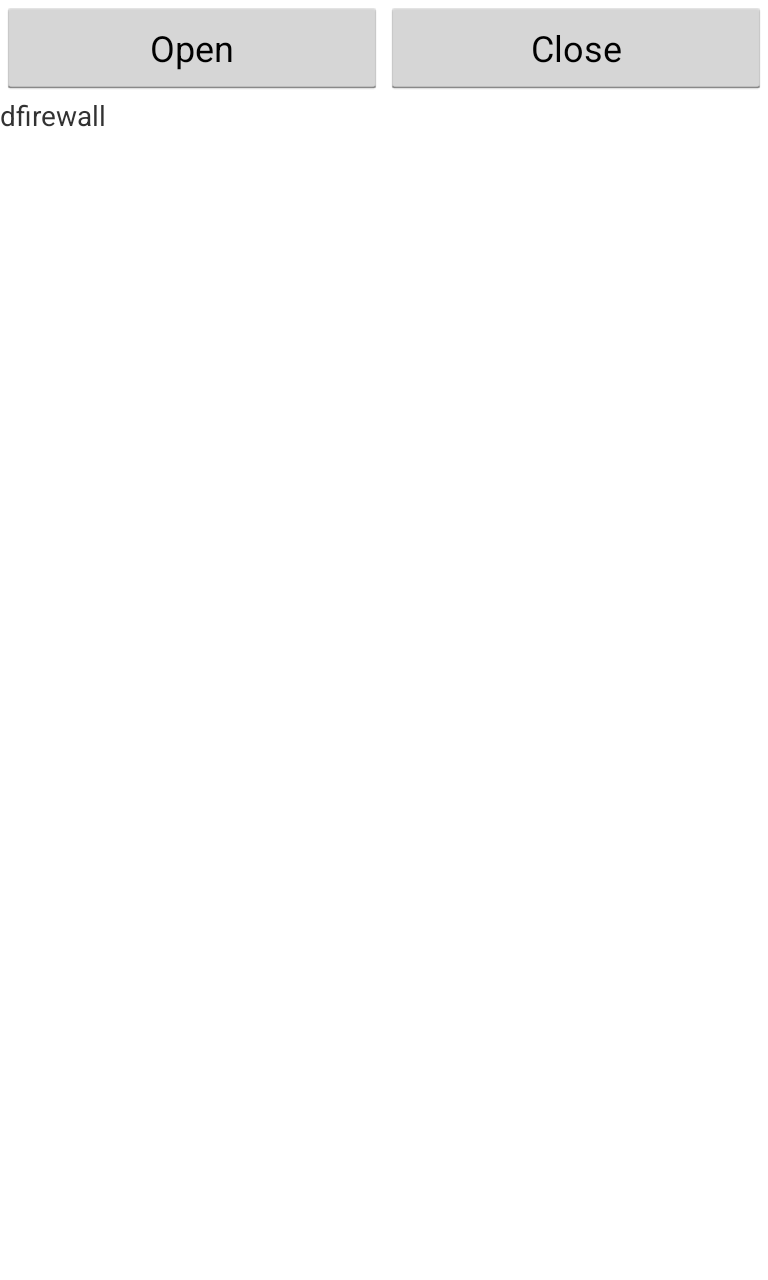
Repository: dthas/d_firewall_c
Layout: src/main/android/eclipse_project/dfirewall/res/layout/activity_main.xml
The author's editor kept a copy of each file at every save. The layout is drawn from the files as they stood at one save, then again after the next save.
It is drawn on a 768 x 1280 px phone screen (xhdpi) without system bars, with theme AppTheme; the app's code is not run.

Above is the layout before, as saved 2017-02-05 04:03:07.

### src/main/android/eclipse_project/dfirewall/res/layout/activity_main.xml
<LinearLayout xmlns:android="http://schemas.android.com/apk/res/android"
android:layout_width="fill_parent"
android:layout_height="wrap_content"
android:orientation="vertical" >

    <LinearLayout
       	android:layout_width="fill_parent"
		android:layout_height="wrap_content"
		android:orientation="horizontal" >

			<Button
			android:id="@+id/button_1"
			android:layout_width="fill_parent"
			android:layout_height="wrap_content"
			android:layout_weight="1"
			android:text="Open" />

			<Button
			android:id="@+id/button_2"
			android:layout_width="fill_parent"
			android:layout_height="wrap_content"
			android:layout_weight="1"
			android:text="Close" />

	</LinearLayout>

    <LinearLayout
        android:layout_width="fill_parent"
		android:layout_height="wrap_content"
		android:orientation="vertical" >

	        <TextView
				android:id="@+id/text_view_1"
				android:layout_width="match_parent"
				android:layout_height="wrap_content"
				android:text="dfirewall" />
	</LinearLayout>

</LinearLayout>

Loaded but not shown: src/main/android/eclipse_project/dfirewall/res/values/styles.xml (common file); src/main/android/eclipse_project/dfirewall/res/values-v11/styles.xml (common file); src/main/android/eclipse_project/dfirewall/res/values-v14/styles.xml (common file)

After the next save:
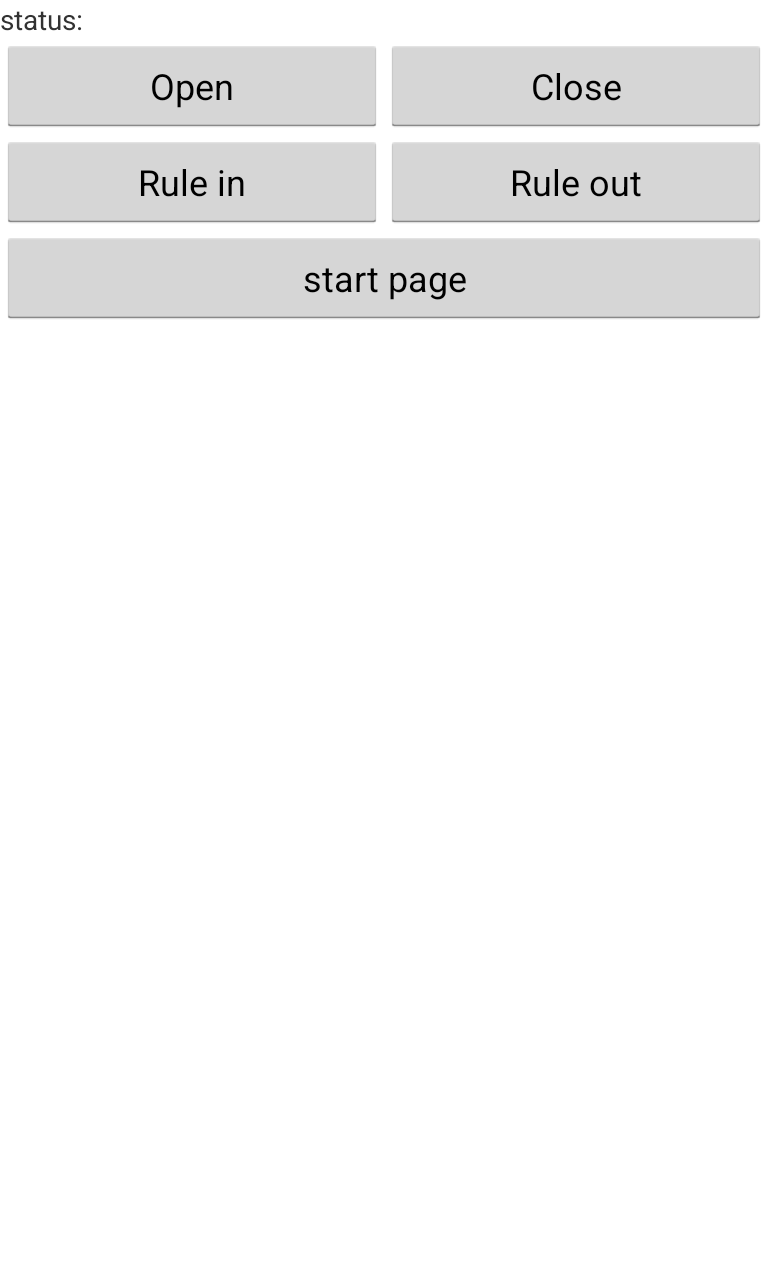
Saved 3 min 45 s later.
--- a/src/main/android/eclipse_project/dfirewall/res/layout/activity_main.xml
+++ b/src/main/android/eclipse_project/dfirewall/res/layout/activity_main.xml
@@ -2,6 +2,18 @@
 android:layout_width="fill_parent"
 android:layout_height="wrap_content"
 android:orientation="vertical" >
+
+    <LinearLayout
+        android:layout_width="fill_parent"
+		android:layout_height="wrap_content"
+		android:orientation="vertical" >
+
+	        <TextView
+				android:id="@+id/text_view_1"
+				android:layout_width="match_parent"
+				android:layout_height="wrap_content"
+				android:text="status:" />
+	</LinearLayout>
 
     <LinearLayout
        	android:layout_width="fill_parent"
@@ -25,15 +37,42 @@
 	</LinearLayout>
 
     <LinearLayout
-        android:layout_width="fill_parent"
+       	android:layout_width="fill_parent"
 		android:layout_height="wrap_content"
-		android:orientation="vertical" >
+		android:orientation="horizontal" >
 
-	        <TextView
-				android:id="@+id/text_view_1"
-				android:layout_width="match_parent"
-				android:layout_height="wrap_content"
-				android:text="dfirewall" />
+			<Button
+			android:id="@+id/button_3"
+			android:layout_width="fill_parent"
+			android:layout_height="wrap_content"
+			android:layout_weight="1"
+			android:text="Rule in" />
+
+			<Button
+			android:id="@+id/button_4"
+			android:layout_width="fill_parent"
+			android:layout_height="wrap_content"
+			android:layout_weight="1"
+			android:text="Rule out" />
+
+	</LinearLayout>
+
+
+
+    <LinearLayout
+       	android:layout_width="fill_parent"
+		android:layout_height="wrap_content"
+		android:orientation="horizontal" >
+
+			<Button
+			android:id="@+id/button_5"
+			android:layout_width="fill_parent"
+			android:layout_height="wrap_content"
+			android:layout_weight="1"
+			android:text="start page" />
+
+
+
 	</LinearLayout>
 
 </LinearLayout>
